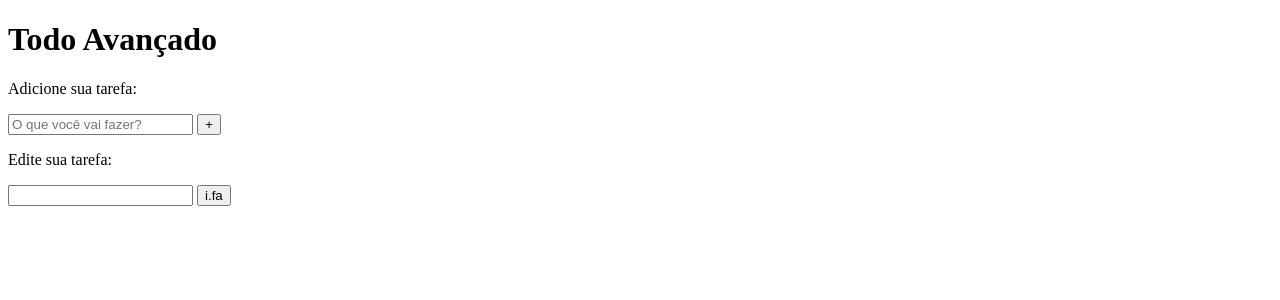
Repository: Guillermomarcon/ProjetoToDo
Page: index.html
These files come from the project's save history. The page is drawn as it stood at one moment and after a run of saves; the edit follows.
The browser window is 1280 px wide. The pictures show the whole page.
Some web libraries are served in a nearby version.

Above is the page before, as saved 2022-08-27 16:47:19.

After the next 3 saves:
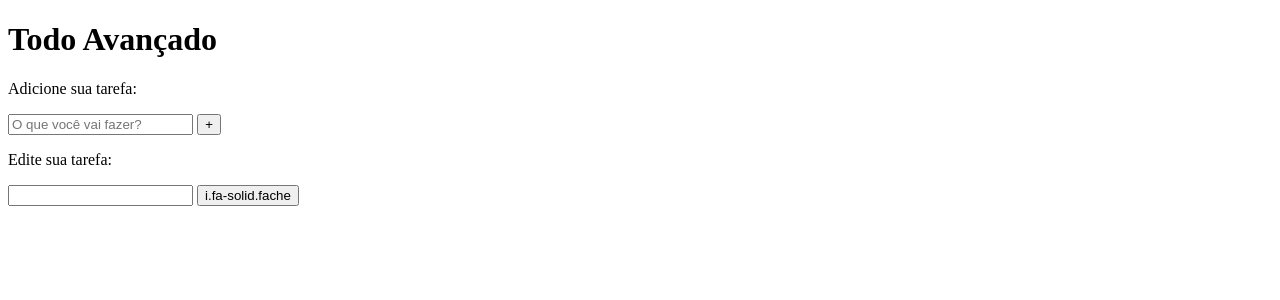
The 3 saves are shown as one change because they came seconds apart.
The last was saved 9 s later.
--- a/index.html
+++ b/index.html
@@ -34,7 +34,7 @@
             <div class="form-control">
                 <input type="text"  id="edit-input">
                 <button type="submit">
-                    i.fa
+                    i.fa-solid.fache
                 </button>
             </div>
         </form>
